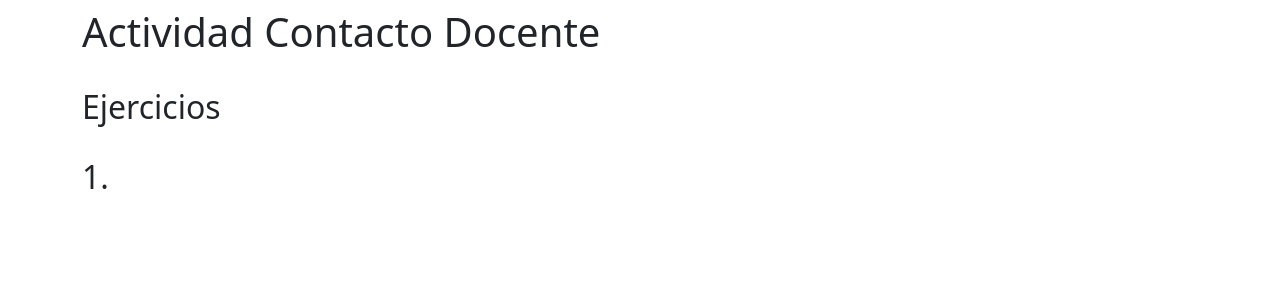
Repository: Jchimbo99/Actvidad1
Page: / (app in typescript-actividad/)
An editor plug-in stored every save of this project. The page is shown before and after a run of saves, followed by the edit.
The browser window is 1280 px wide. The pictures show the whole page.
The project was rebuilt for these pictures with package versions that can differ from the ones it lists, and the page was loaded fresh each time. Also part of the build but not shown: typescript-actividad/vite.config.ts.

Above is the page before, as saved 2025-01-22 20:27:40.

### typescript-actividad/index.html
<!doctype html>
<html lang="en">
  <head>
    <meta charset="UTF-8" />
    <link rel="icon" type="image/svg+xml" href="/vite.svg" />
    <meta name="viewport" content="width=device-width, initial-scale=1.0" />
    <link href="https://cdn.jsdelivr.net/npm/bootstrap@5.3.3/dist/css/bootstrap.min.css" rel="stylesheet" integrity="sha384-QWTKZyjpPEjISv5WaRU9OFeRpok6YctnYmDr5pNlyT2bRjXh0JMhjY6hW+ALEwIH" crossorigin="anonymous">

    <title>Activididad Jch</title>
  </head>
  <body class="container">
    <div id="root"></div>
    <script type="module" src="/src/main.tsx"></script>
  </body>
</html>

### typescript-actividad/src/App.tsx

export const App = () => {
  return (

    <div className="mt-2">
      <h1>Actividad Contacto Docente</h1>
      <br />
      <h2>Ejercicios</h2>
      <br />
      <h2>1.</h2>
      </div>
  )
}


export default App;

### typescript-actividad/src/typescript/AreaCuadrado.tsx




export const AreaCuadrado = () => {
return (
    <div>
        <h3>Area Cuadrado</h3>

        </div>
)
}

Loaded but not shown: typescript-actividad/src/main.tsx (common file)

After the next 5 saves:
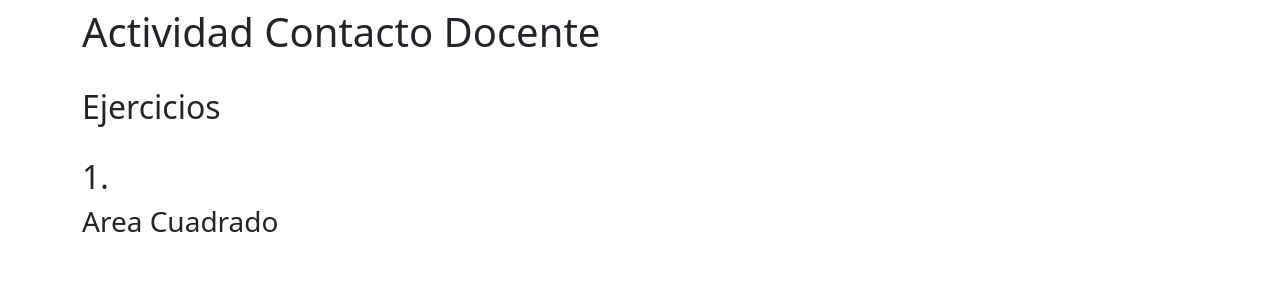
The 5 saves are shown as one change because 1 did not build or start and some came seconds apart.
The last was saved 50 s later.
--- a/typescript-actividad/src/App.tsx
+++ b/typescript-actividad/src/App.tsx
@@ -1,3 +1,4 @@
+import { AreaCuadrado } from "./typescript/AreaCuadrado";
 
 export const App = () => {
   return (
@@ -8,6 +9,7 @@ export const App = () => {
       <h2>Ejercicios</h2>
       <br />
       <h2>1.</h2>
+      <AreaCuadrado/>
       </div>
   )
 }
